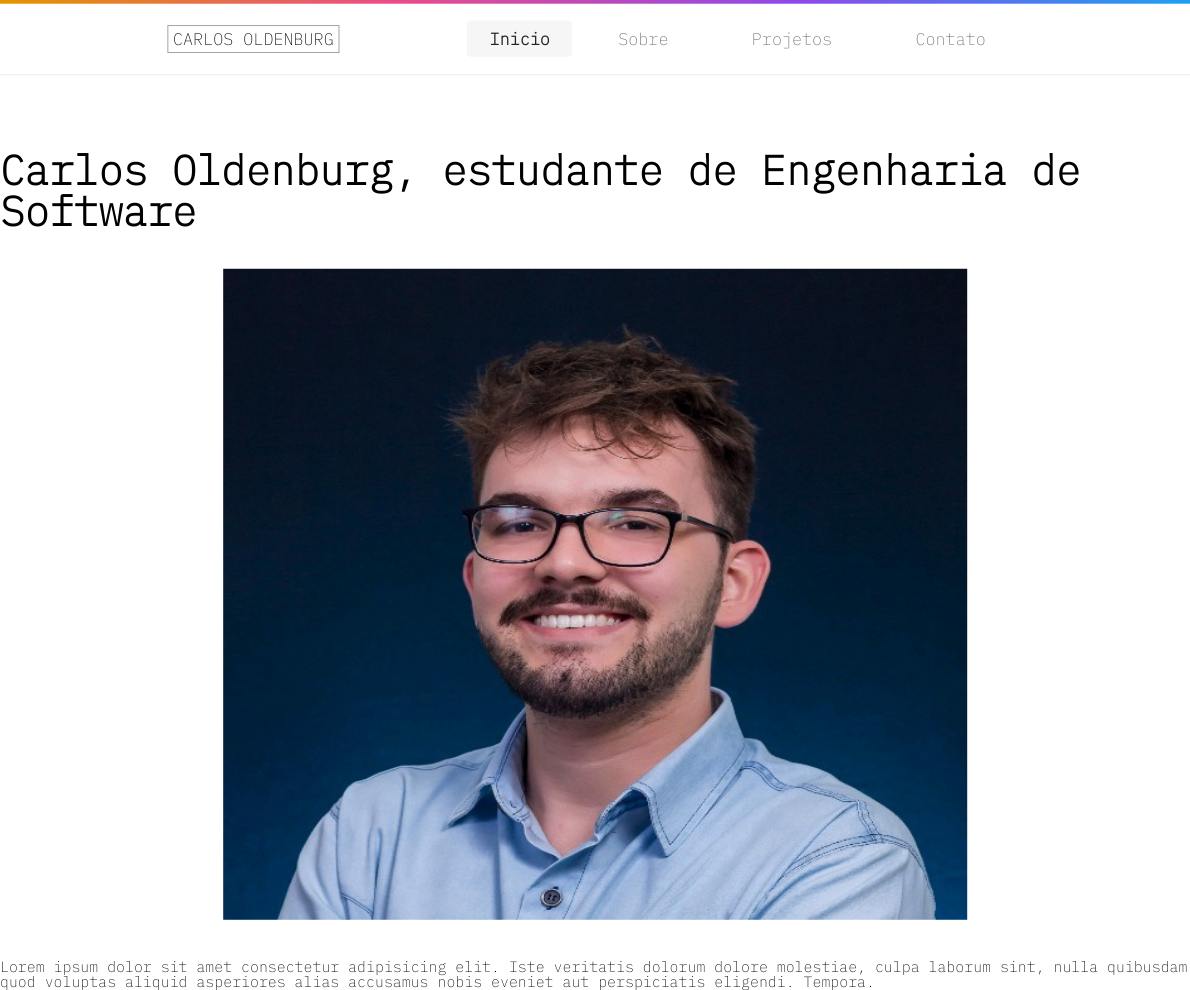
Repository: Carolden/PortfolioCrie
Page: index.html
These files come from the project's save history. The page is drawn as it stood at one moment and after the next save; the edit follows.
The browser window is 1280 px wide. The pictures show the whole page, at 93% of full size.

Above is the page before, as saved 2023-05-22 10:51:00.

After the next save:
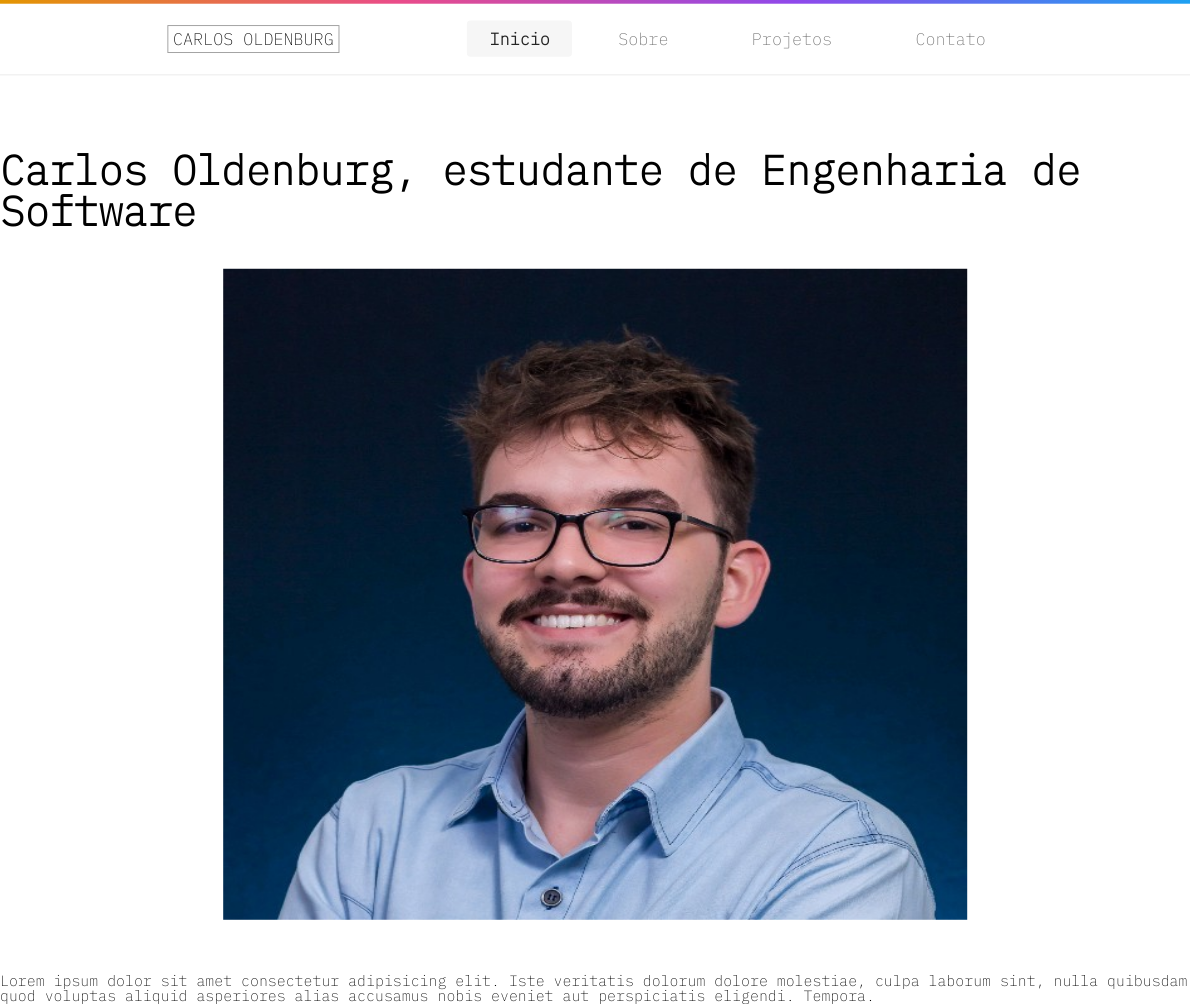
Saved 20 s later.
--- a/styles/components/section__image.css
+++ b/styles/components/section__image.css
@@ -1,6 +1,6 @@
 .section__image {
     width: 800px;
     height: 700px;
-    padding: 40px 0;
+    padding: 40px 0 55px 0;
 
 }
